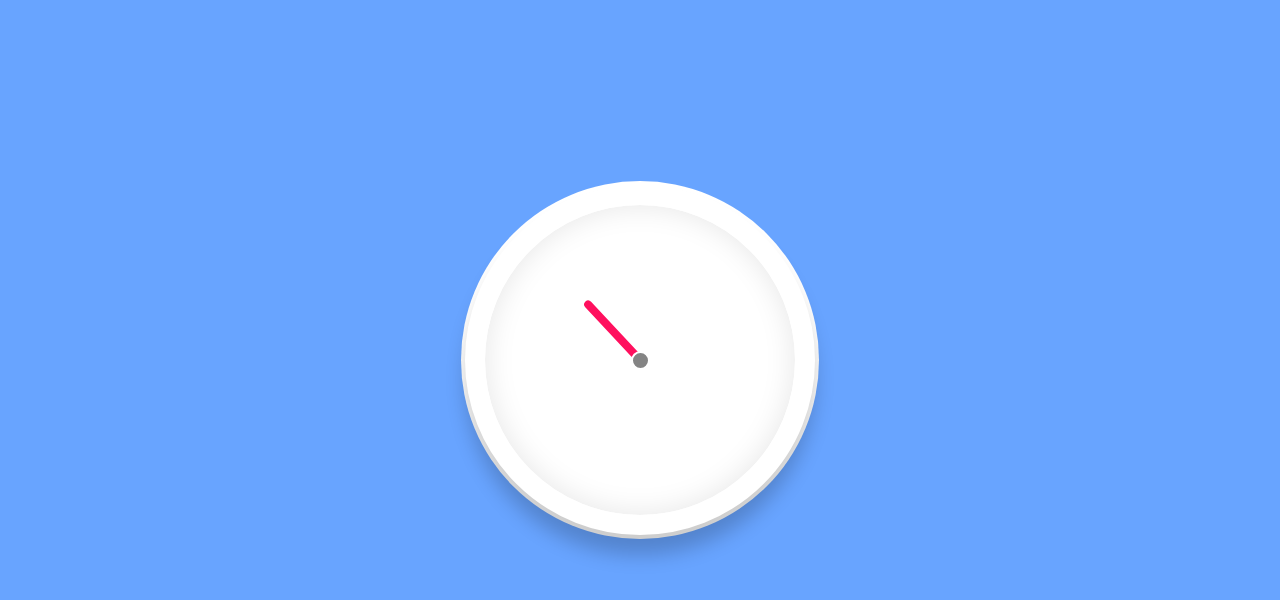
Repository: DaNiels89/analog-clock
Page: index.html
These files come from the project's save history. The page is drawn as it stood at one moment and after the next save; the edit follows.
The browser window is 1280 px wide. The pictures show the whole page.

Above is the page before, as saved 2020-06-20 11:45:06.

After the next save:
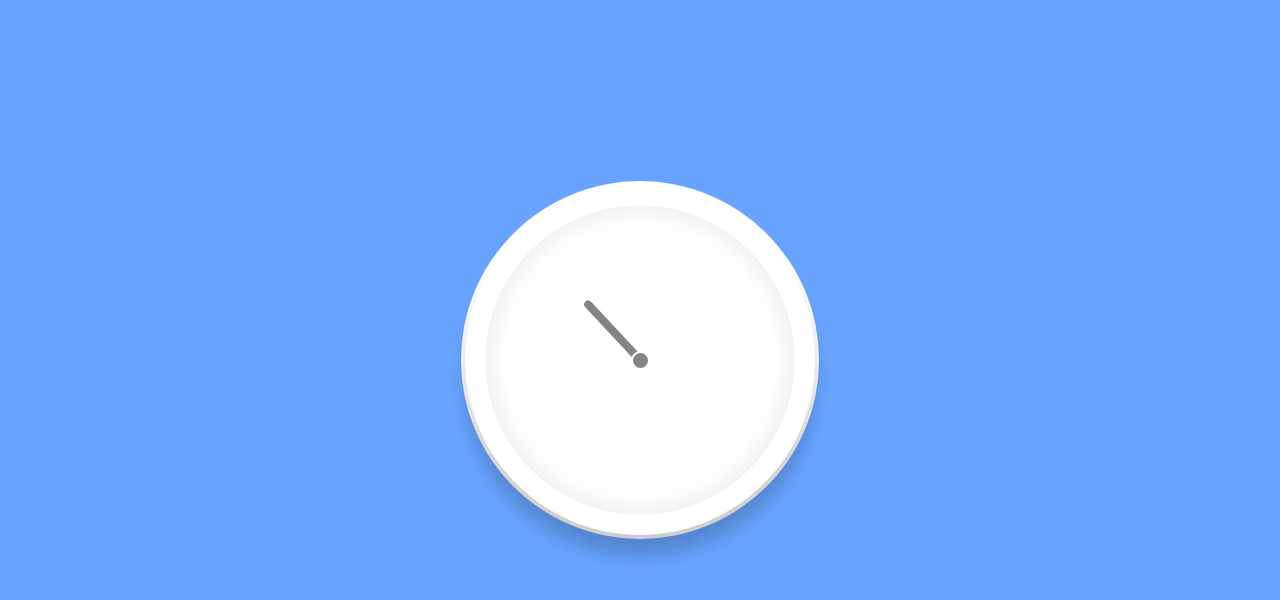
Saved 85 s later.
--- a/css/lightstyles.css
+++ b/css/lightstyles.css
@@ -70,7 +70,7 @@
     position: absolute;
     width: 8px;
     height: 80px;
-    background: #ff105e;
+    background: #848484;
     z-index: 10;
     border-radius: 6px 6px 0 0;
   }
